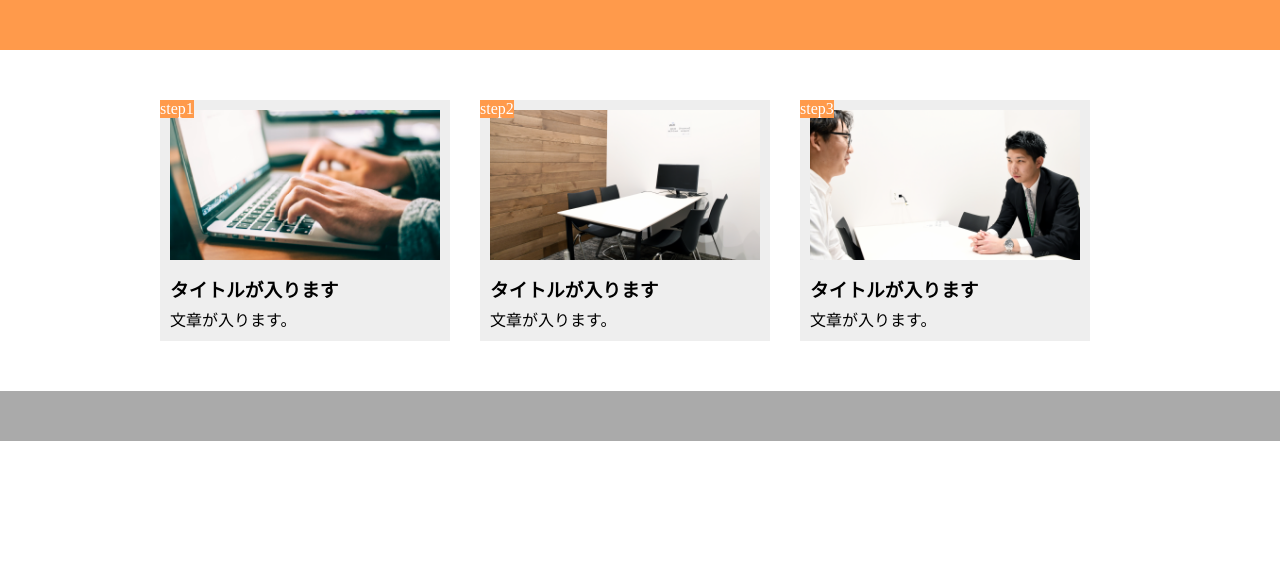
Repository: kawashimq/git-practice
Page: practice/html-9.html
The author's editor kept a record of every edit. The page is drawn from the files as they stood at one moment, then again after the next edit.
The browser window is 1280 px wide. The pictures show the whole page.

Above is the page before.

### practice/html-9.html
<!DOCTYPE html>
<html lang="ja">
  <head>
    <meta charset="UTF-8" />

    <link rel="stylesheet" href="html-9.css" />
    <title>演習9</title>
  </head>

  <body>
    <header></header>

    <main>
     <div class="box-img">
       <div class="img1"></div>
       <span>step1</span>
       <h3 class="title">タイトルが入ります</h3>
       <p class="text">文章が入ります。</p>
     </div>
     <div class="box-img">
       <div class="img2"></div>
       <span>step2</span>
       <h3 class="title">タイトルが入ります</h3>
       <p class="text">文章が入ります。</p>
     </div>
     <div class="box-img">
       <div class="img3"></div>
       <span>step3</span>
       <h3 class="title">タイトルが入ります</h3>
       <p class="text">文章が入ります。</p>
     </div>
    </main>
    <footer></footer>

  </body>
</html>

### practice/html-9.css
* {
  box-sizing: border-box;
  margin: 0;
  padding: 0;
}

header {
 height: 50px;
 background-color: #FF9A4B;

}

main {
  width: 960px;
  margin: 50px auto;
  display: flex;
}

span {
  background-color: #FF9A4B;
  color: white;
  position: absolute;
  top: 0;
  left: 0;
}

.box-img,.box-img2 {
  width: 300px;
  padding: 10px;
  margin-right: 30px;
  position: relative;
  background-color: #EEEEEE;
}

.box-img3 {
  width: 300px;
  padding: 10px;
  position: relative;
  background-color: #EEEEEE;
}


.img1 {
  height: 150px;
  background-image: url(img/flow01.png);
  background-size: cover;
  background-position: bottom;
}

.img2 {
  height: 150px;
  background-image: url(img/flow02.png);
  background-size: cover;
  background-position: bottom;
}

.img3 {
  height: 150px;
  background-image: url(img/flow03.png);
  background-size: cover;
  background-position: bottom;
}

.title {
  margin-top: 15px;
  margin-bottom: 5px;
}
footer {
  height: 50px;
  background-color: #AAAAAA;
}

@media screen and (max-width:768px) {
  main {
    width: 100%;
    display: flex;
    flex-direction: column;
    align-items: center;
  }
  .header{
    height: 50px;
  }
  .box-img {
    width: 90%;
    margin: 0 0 20px 0;
  }
  .box-img2 {
    width: 90%;
    margin-bottom: 20px;
    margin-right: 0;
  }
  .box-img3 {
    width: 90%;
  }
  footer {
    height: 50px;
  }
}

After the next edit:
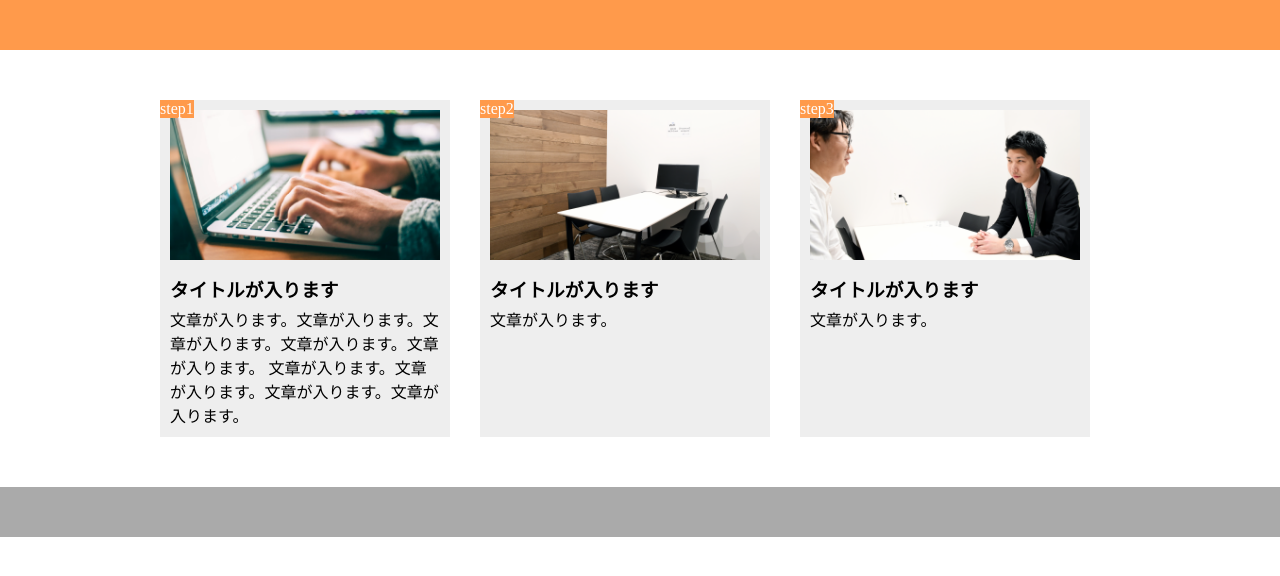
The edit:
--- a/practice/html-9.html
+++ b/practice/html-9.html
@@ -15,7 +15,8 @@
        <div class="img1"></div>
        <span>step1</span>
        <h3 class="title">タイトルが入ります</h3>
-       <p class="text">文章が入ります。</p>
+       <p class="text">文章が入ります。文章が入ります。文章が入ります。文章が入ります。文章が入ります。
+       文章が入ります。文章が入ります。文章が入ります。文章が入ります。</p>
      </div>
      <div class="box-img">
        <div class="img2"></div>
